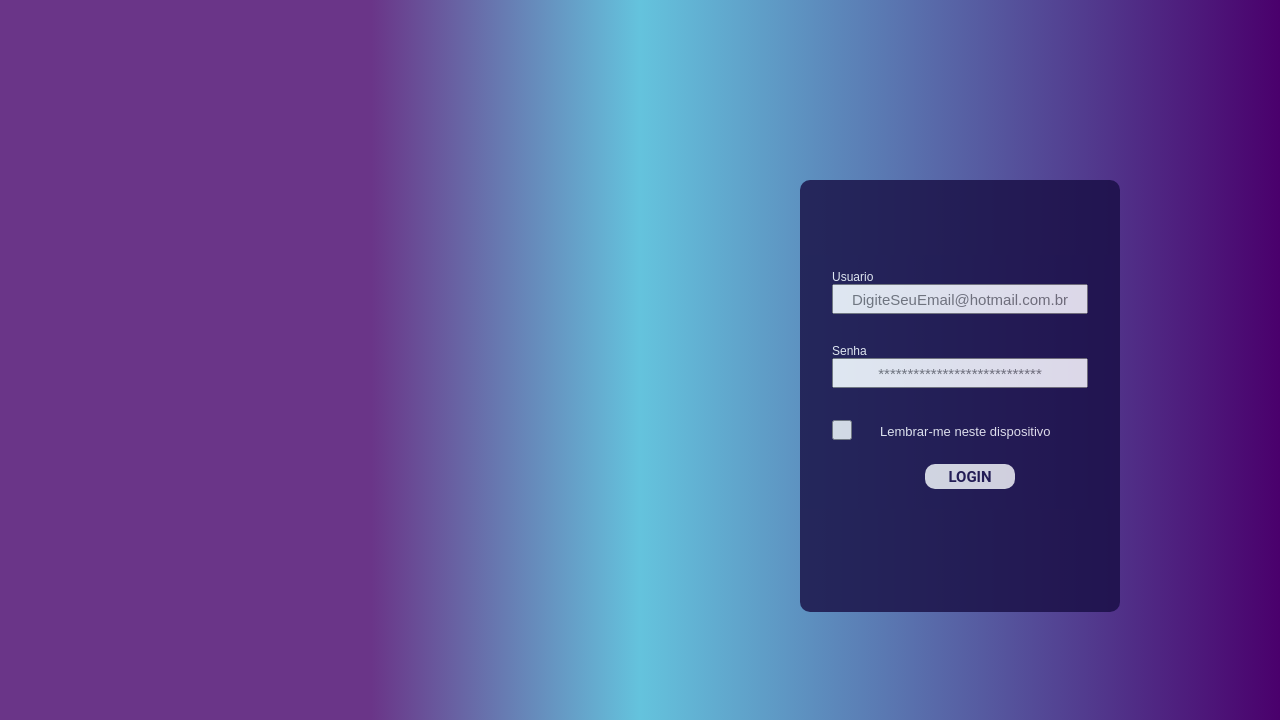
Repository: KevynMarques/Estudos-Reactjs-Firebase
Page: /
The author's editor kept a copy of each file at every save. The page is drawn from the files as they stood at one save, then again after the next save.
The browser window is 1280 px wide. The pictures show the whole page.
The page's requests for data from a server got no answer. The project was rebuilt for these pictures with package versions that can differ from the ones it lists, and the page was loaded fresh each time. No one was signed in, and anything a server would have sent is missing. Also part of the build but not shown: src/Pages/Page2.jsx.

Above is the page before, as saved 2022-08-23 14:45:52.

### public/index.html
<!DOCTYPE html>
<html lang="pt-BR">
  <head>
    <meta charset="utf-8" />
    <link rel="icon" href="%PUBLIC_URL%/favicon.ico" />
    <meta name="viewport" content="width=device-width, initial-scale=1" />
    <meta name="theme-color" content="#000000" />
    <meta
      name="description"
      content="Web site created using create-react-app"
    />
    <link rel="apple-touch-icon" href="%PUBLIC_URL%/logo192.png" />
    <!--
      manifest.json provides metadata used when your web app is installed on a
      user's mobile device or desktop. See https://developers.google.com/web/fundamentals/web-app-manifest/
    -->
    <link rel="manifest" href="%PUBLIC_URL%/manifest.json" />
    <!--
      Notice the use of %PUBLIC_URL% in the tags above.
      It will be replaced with the URL of the `public` folder during the build.
      Only files inside the `public` folder can be referenced from the HTML.

      Unlike "/favicon.ico" or "favicon.ico", "%PUBLIC_URL%/favicon.ico" will
      work correctly both with client-side routing and a non-root public URL.
      Learn how to configure a non-root public URL by running `npm run build`.
    -->
    <title>Squad</title>
  </head>
  <body>
    <noscript>You need to enable JavaScript to run this app.</noscript>
    <div id="root"></div>
    <!--
      This HTML file is a template.
      If you open it directly in the browser, you will see an empty page.

      You can add webfonts, meta tags, or analytics to this file.
      The build step will place the bundled scripts into the <body> tag.

      To begin the development, run `npm start` or `yarn start`.
      To create a production bundle, use `npm run build` or `yarn build`.
    -->
  </body>
</html>

### src/App.jsx
import React from "react";
import Router from "./Routers/router";
import { GlobalStyle } from "./GlobalStyle";



function App() {
  return (
    <>
    <GlobalStyle/>
      <Router/>
    </>
  );
}

export default App;

### src/Routers/router.jsx
import { BrowserRouter, Routes, Route } from "react-router-dom";
import { Page1 } from "../Pages/Page1";
import { Page2 } from "../Pages/Page2";



export default () => {
  return (
    <>
    <BrowserRouter >
    <Routes >
      <Route path="/" element={<Page1 />} />
      <Route path="/Page2" element={<Page2 />} />
    </Routes>
    </BrowserRouter>
    </>
  );
}

### src/GlobalStyle.jsx

import { createGlobalStyle } from 'styled-components';

export const GlobalStyle = createGlobalStyle`
 * {
   margin: 0;
   padding: 0;
   box-sizing: border-box;
 }
`;

### src/Pages/Page1.jsx
import React from "react";
import { Login } from "../Components/Login/index";


export const Page1 = ()=>{
   return(
    <Login />
   );
}

### src/Components/Login/index.jsx
import React from "react";
import { authConfig } from "../../Auth/config";
import { BoxHome, BoxLogin, ButtomLogin, InputDeLogin, Remember, TextLogin, TextRemember} from "./style";






export const Login =()=>{
  return (
    <BoxHome>
    <BoxLogin>
       <TextLogin><p>Usuario</p></TextLogin>
       <InputDeLogin type="email" id="email" name="email" placeholder="DigiteSeuEmail@hotmail.com.br" />
       <TextLogin><p>Senha</p></TextLogin>
       <InputDeLogin type="text" id="password" name="password"  placeholder="****************************"/>
      <Remember />
      <TextRemember><p>Lembrar-me neste dispositivo</p></TextRemember>
     <ButtomLogin>
      <p>LOGIN</p>
     </ButtomLogin>
    </BoxLogin>
    </BoxHome>
  )
}

### src/Auth/config.jsx
import * as firebase from 'firebase/app';
import 'firebase/auth';

export const authConfig = firebase.initializeApp({
  apiKey: process.env.REACT_APP_FIREBASE_KEY,
  authDomain: process.env.REACT_APP_FIREBASE_DOMAIN,
  projectId: process.env.REACT_APP_FIREBASE_PROJECT_ID,
  storageBucket: process.env.REACT_APP_FIREBASE_STORAGE_BUCKET,
  messagingSenderId:process.env.REACT_APP_FIREBASE_SENDER_ID,
});

### src/Components/Login/style.jsx
import styled from "styled-components";

export const BoxHome = styled.div`
display: flex;
align-items: center;
justify-content: center;
background: rgb(106,53,136);
background: linear-gradient(90deg, rgba(106,53,136,1) 29%, rgba(100,195,221,1) 50%, rgba(74,0,108,1) 100%);
height: 100vh;
`;

export const BoxLogin = styled.div`
  width: 25vw;
  height: 60vh;
  background-color: #170d43;
  opacity: 0.8;
  border-radius: 10px;
  margin-top: 10vh;
  margin-left: 50vw;
  display: flex;
  flex-direction: column;
  padding-top: 60px;
`;

export const InputDeLogin = styled.input`
width: 80%;
margin-left: 10%;
height: 30px;
text-align: center;
font-size: 15px;

`;

export const TextLogin = styled.label`
 color: white;
 font-family: Arial, Helvetica, sans-serif;
 font-size: 12px;
 margin-left: 10%;
 margin-top: 30px;
`;


export const Remember = styled.button`
 width: 20px;
 height: 20px;
 margin-left: 10%;
 margin-top: 10%;
 cursor: pointer;
`;

export const TextRemember = styled.label`
  color: white;
  font-family: Arial, Helvetica, sans-serif;
  font-size: 13px;
  margin-left: 25%;
  margin-top: -5%;
`;


export const ButtomLogin = styled.button`
@import url('https://fonts.googleapis.com/css2?family=Macondo&family=Roboto:wght@500&display=swap');
 width: 90px;
 height: 25px;
 border: none;
 border-radius: 10px;
 font-weight: bold;
 font-family: 'Roboto', sans-serif;
 font-size: 15px;
 color:#170d43;
 margin-left: 125px;
 margin-top: 25px;
`;

Loaded but not shown: src/index.js (common file)

After the next save:
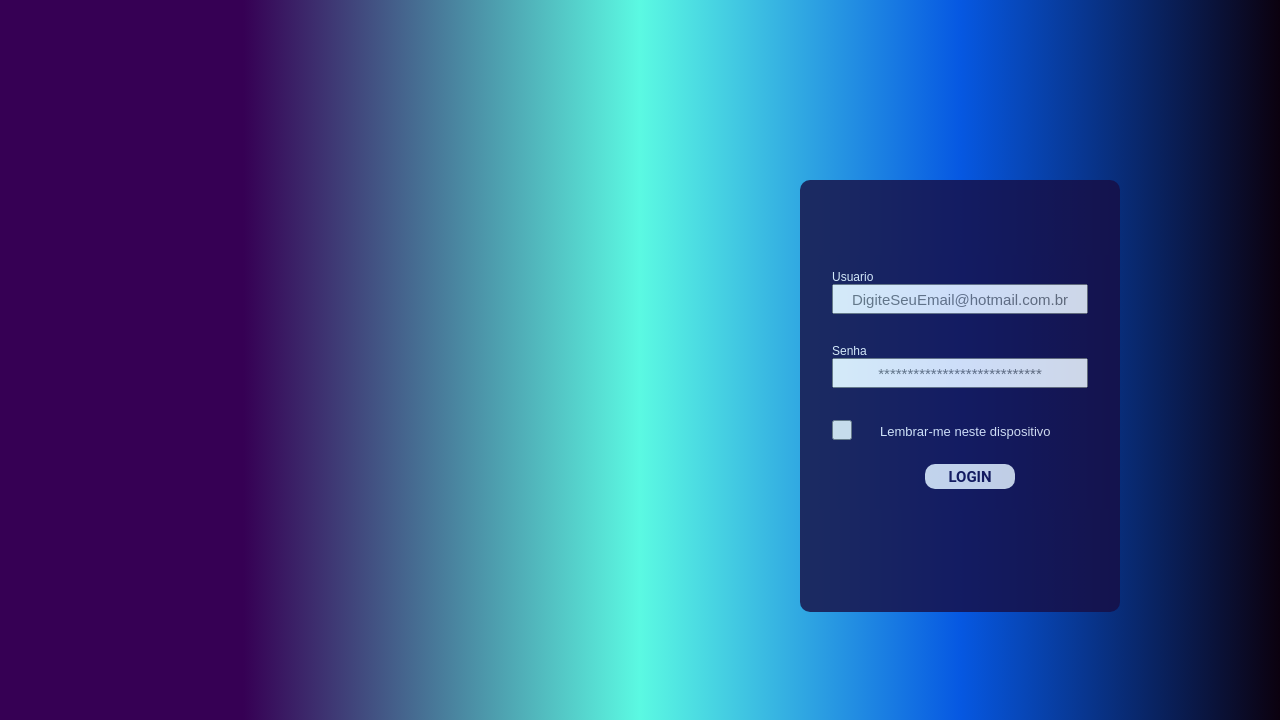
Saved 65 s later.
--- a/src/Components/Login/style.jsx
+++ b/src/Components/Login/style.jsx
@@ -4,8 +4,8 @@ export const BoxHome = styled.div`
 display: flex;
 align-items: center;
 justify-content: center;
-background: rgb(106,53,136);
-background: linear-gradient(90deg, rgba(106,53,136,1) 29%, rgba(100,195,221,1) 50%, rgba(74,0,108,1) 100%);
+background: rgb(54,0,84);
+background: linear-gradient(90deg, rgba(54,0,84,1) 19%, rgba(91,249,226,1) 50%, rgba(6,88,226,1) 75%, rgba(11,1,15,1) 100%);
 height: 100vh;
 `;
 
